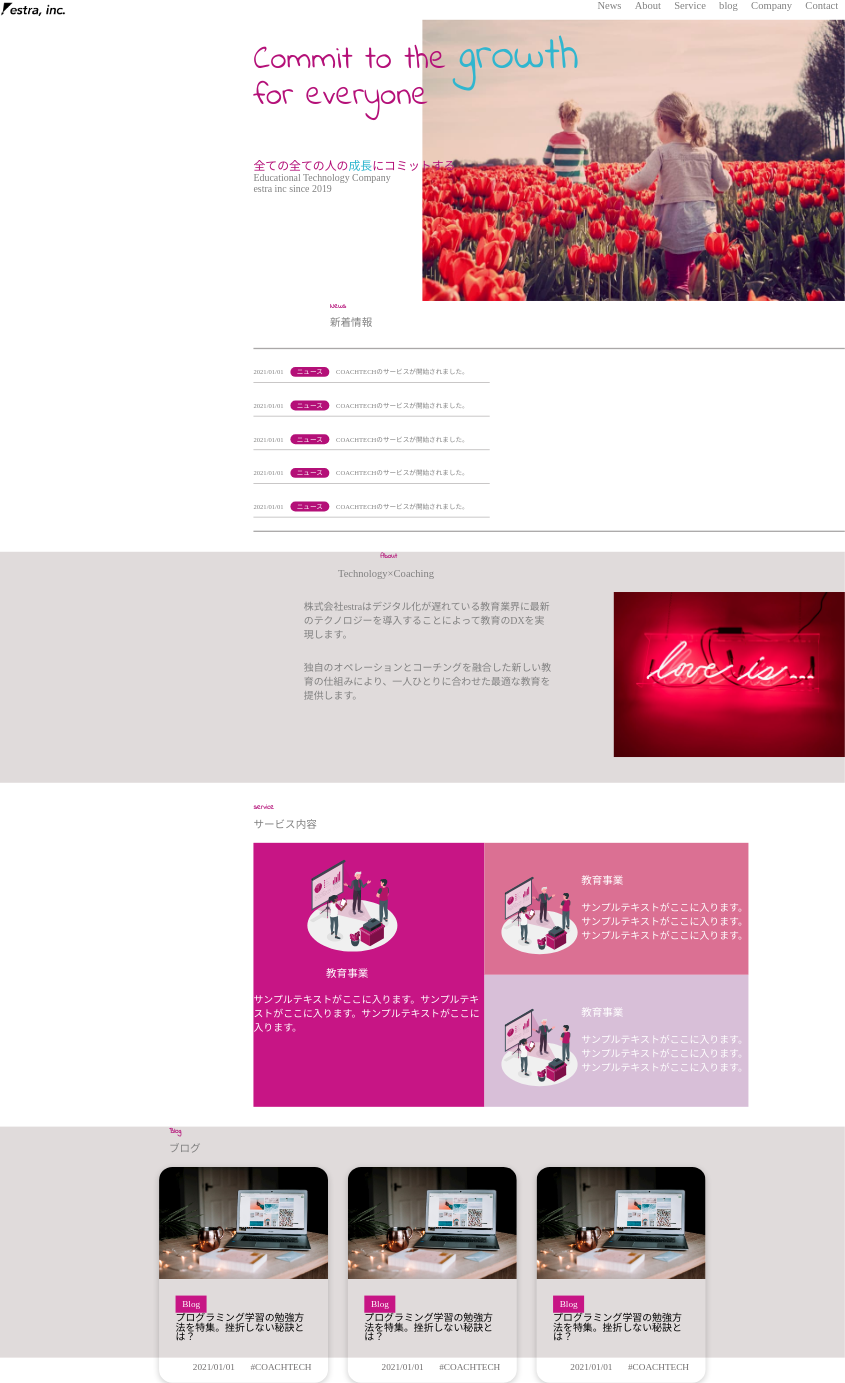
Repository: sigemasaasuka/20210902
Page: index.html
These files come from the project's save history. The page is drawn as it stood at one moment and after the next save; the edit follows.
The browser window is 1280 px wide. The pictures show the whole page, at 66% of full size.

Above is the page before, as saved 2021-09-28 13:06:18.

After the next save:
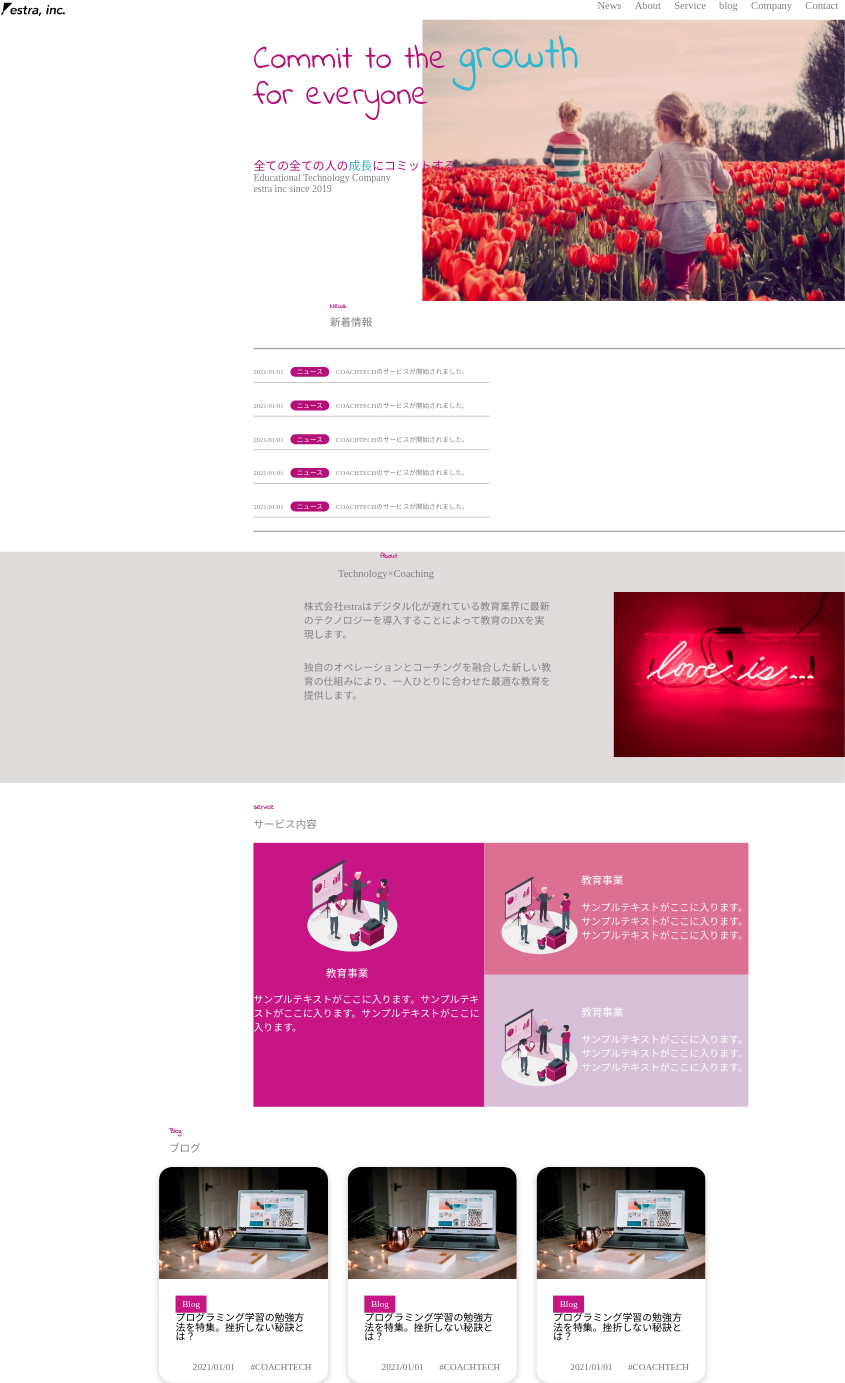
Saved 12 s later.
--- a/index.html
+++ b/index.html
@@ -145,7 +145,7 @@
 </div>
 </div>
 </div>
-   <div class="colored">
+   <div class="colored5">
     <div class="smlltitle-4">
       <h6>Blog</h6>
     </div>

After the 6 saves that followed:
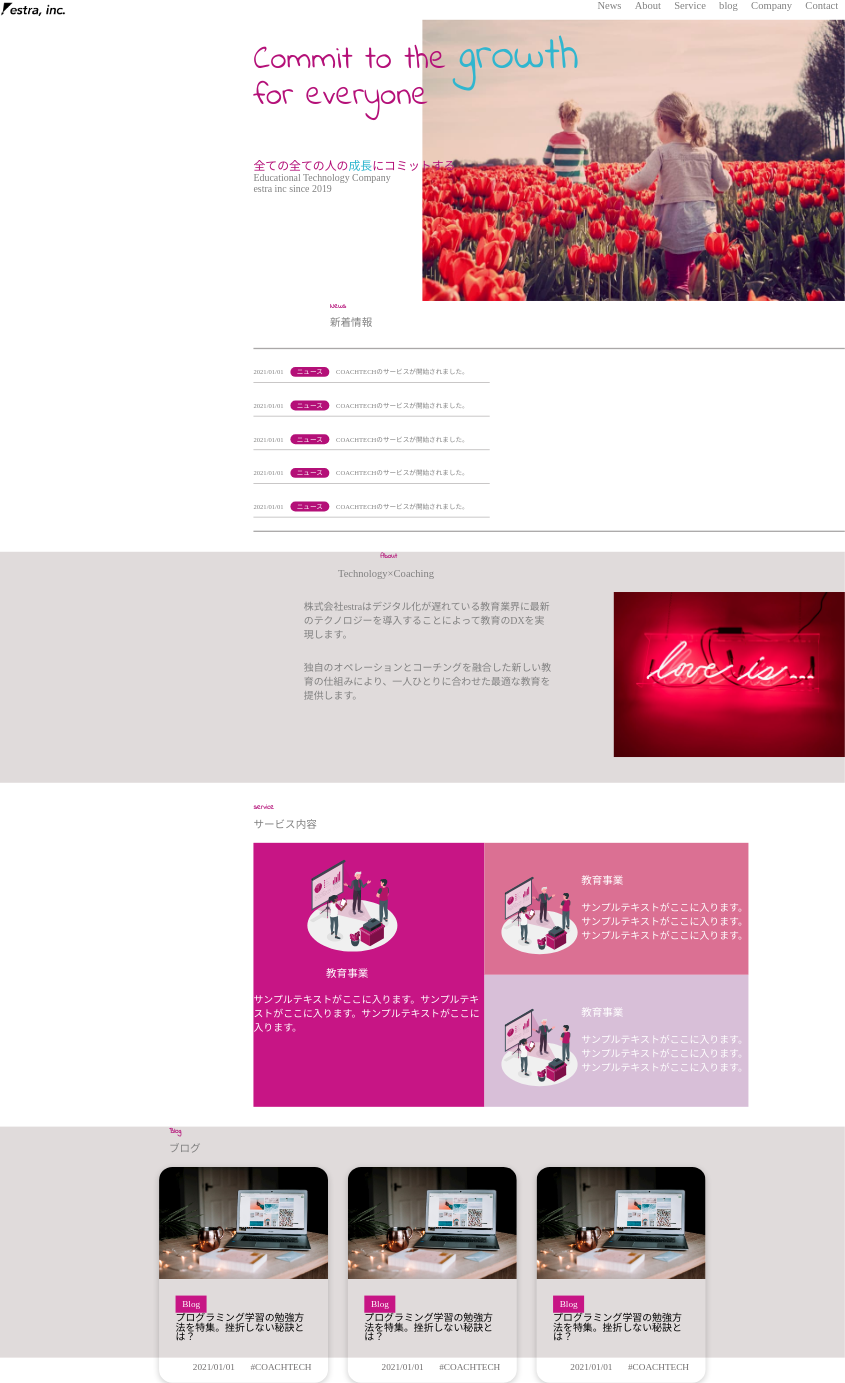
The 6 saves are shown as one change because 2 left the picture as it was and some came seconds apart.
The last was saved 54 s later.
--- a/css/style.css
+++ b/css/style.css
@@ -234,6 +234,12 @@
   height: 200px;
 }
 
+.colored5{
+height: 350px;
+  background-color: rgb(224, 219, 219);
+  margin-top: 30px;
+}
+
 .smlltitle-4 {
   color: #b41078;
   font-family: "Indie Flower", cursive;
